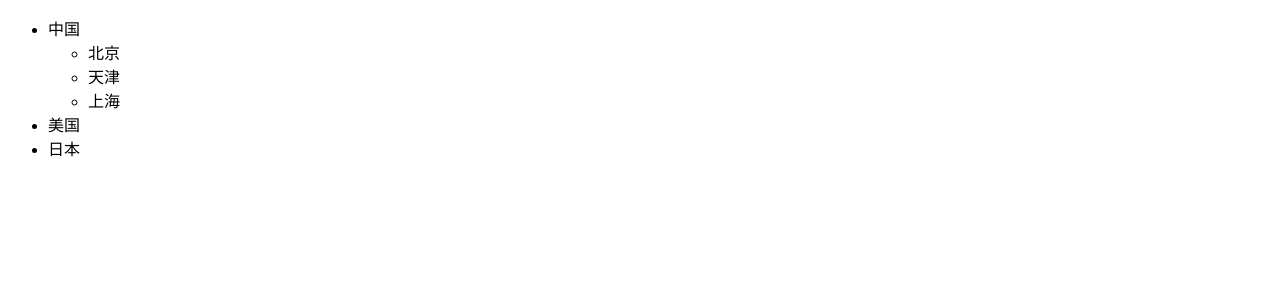
Repository: thidoiSanren/HTML_exercise
Page: 010-列表.html
These files come from the project's save history. The page is drawn as it stood at one moment and after the next save; the edit follows.
The browser window is 1280 px wide. The pictures show the whole page.

Above is the page before, as saved 2022-02-17 11:34:46.

### 010-列表.html
<!DOCTYPE html>
<html lang="en">
<head>
  <meta charset="UTF-8">
  <title>列表</title>
</head>
<body>
  <!--有序列表-->
  <!--无序列表-->
  <ul>
    <li>中国
      <ul>
        <li>北京</li>
        <li>天津</li>
        <li>上海</li>
      </ul>
    </li>
    <li>美国</li>
    <li>日本</li>
  </ul>
</body>
</html>

After the next save:
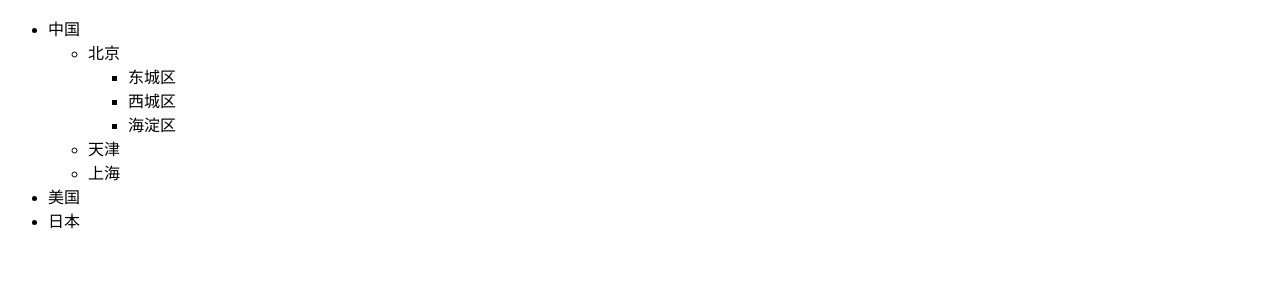
Saved 3 min 20 s later.
--- a/010-列表.html
+++ b/010-列表.html
@@ -10,7 +10,13 @@
   <ul>
     <li>中国
       <ul>
-        <li>北京</li>
+        <li>北京
+          <ul>
+            <li>东城区</li>
+            <li>西城区</li>
+            <li>海淀区</li>
+          </ul>
+        </li>
         <li>天津</li>
         <li>上海</li>
       </ul>
